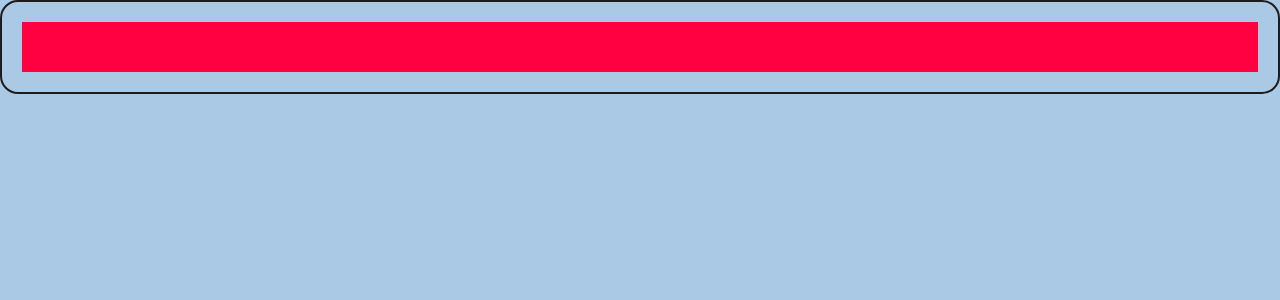
Repository: SbuKhoza/furniture
Page: /
An editor plug-in stored every save of this project. The page is shown before and after a run of saves, followed by the edit.
The browser window is 1280 px wide. The pictures show the whole page.
The project was rebuilt for these pictures with package versions that can differ from the ones it lists, and the page was loaded fresh each time.

Above is the page before, as saved 2024-07-12 12:07:27.

After the next 2 saves:
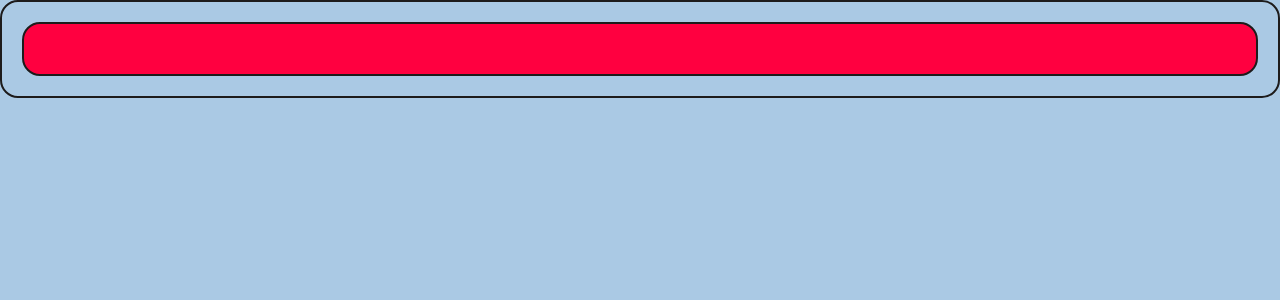
The 2 saves are shown as one change because they came seconds apart.
The last was saved 16 s later.
--- a/src/App.css
+++ b/src/App.css
@@ -21,6 +21,8 @@ nav {
   justify-content: space-between;
   align-items: center;
   height: 50px;
+  border: 2px solid rgb(29, 27, 27);
+  border-radius: 18px;
 
 }
 
